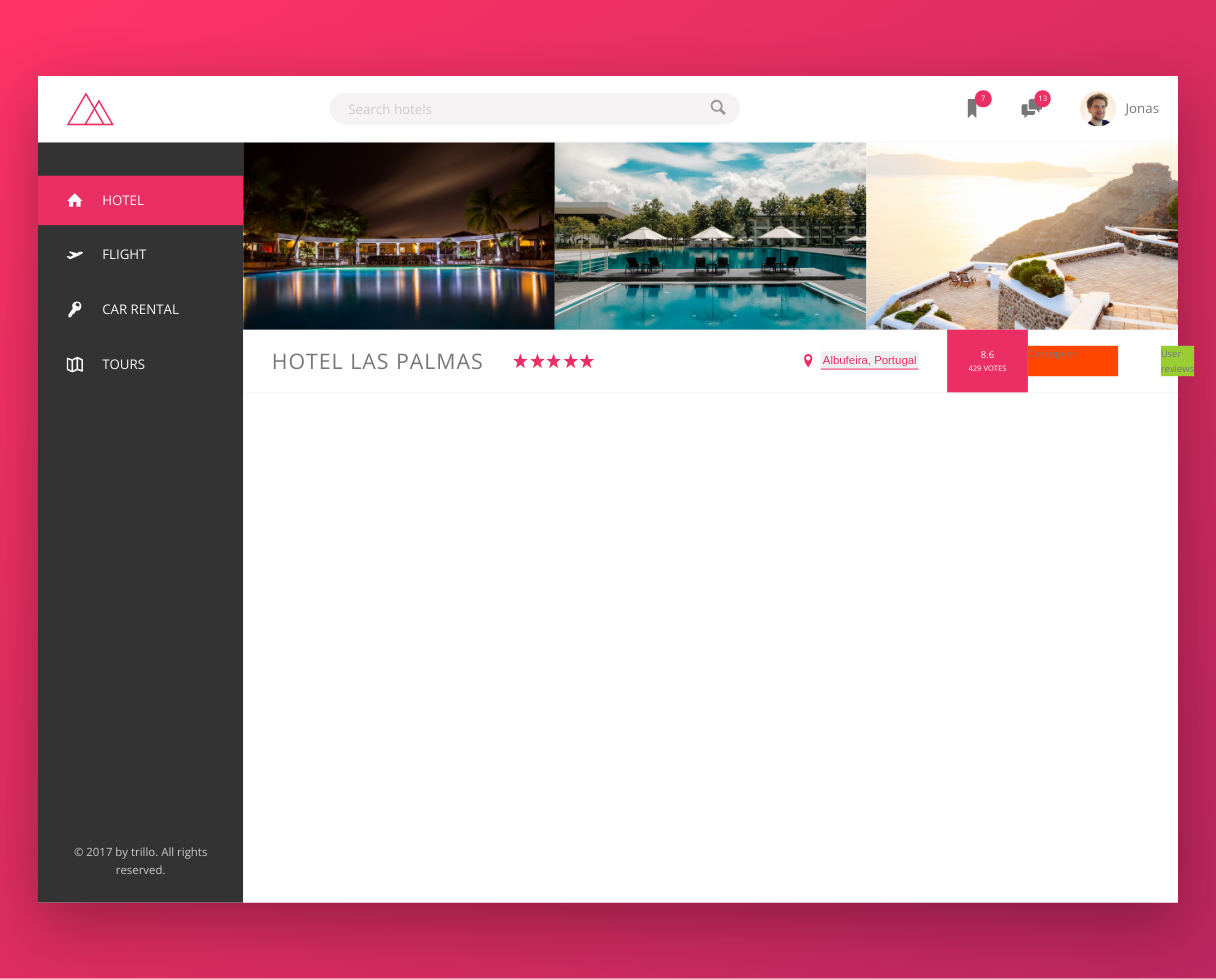
Repository: MalgorzataMazur/Trillo
Page: index.html
The author's editor kept a copy of each file at every save. The page is drawn from the files as they stood at one save, then again after the next save.
The browser window is 1280 px wide. The pictures show the whole page, at 95% of full size.
The style sheet was rebuilt from its Sass, Less or Tailwind sources for each picture, by a compiler version that may differ from the author's.

Above is the page before, as saved 2020-03-27 18:14:27.

### index.html
<!DOCTYPE html>
<html lang="en">
    <head>
        <meta charset="UTF-8">
        <meta name="viewport" content="width=device-width, initial-scale=1.0">

        <link href="https://fonts.googleapis.com/css?family=Open+Sans:300,400,600" rel="stylesheet">
        <link rel="stylesheet" href="css/style.css">
        <link rel="shortcut icon" type="image/png" href="img/favicon.png">

        <title>trillo &mdash; Your all-in-one booking app</title>
    </head>
    <body>
        <div class="container">
            <header class="header">
                <img src="img/logo.png" alt="trillo logo" class="logo">

                <form action="#" class="search">
                    <input type="text" class="search__input" placeholder="Search hotels">
                    <button class="search__button">
                        <svg class="search__icon">
                            <use xlink:href="img/sprite.svg#icon-magnifying-glass"></use> <!--include svg -->
                        </svg>
                    </button>
                </form>

                <nav class="user-nav">
                    <div class="user-nav__icon-box">
                        <svg class="user-nav__icon">
                            <use xlink:href="img/sprite.svg#icon-bookmark"></use>
                        </svg>
                        <span class="user-nav__notification">7</span>
                    </div>
                    <div class="user-nav__icon-box">
                        <svg class="user-nav__icon">
                            <use xlink:href="img/sprite.svg#icon-chat"></use>
                        </svg>
                        <span class="user-nav__notification">13</span>
                    </div>
                    <div class="user-nav__user">
                        <img src="img/user.jpg" alt="User photo" class="user-nav__user-photo">
                        <span class="user-nav__user-name">Jonas</span>
                    </div>
                </nav>
            </header>
            <div class="content">
                <nav class="sidebar">
                    <ul class="side-nav">
                        <li class="side-nav__item side-nav__item--active">
                            <a href="#" class="side-nav__link">
                                <svg class="side-nav__icon">
                                    <use xlink:href="img/sprite.svg#icon-home"></use>
                                </svg>
                                <span>Hotel</span>
                            </a>
                        </li>
                        <li class="side-nav__item">
                            <a href="#" class="side-nav__link">
                                <svg class="side-nav__icon">
                                    <use xlink:href="img/sprite.svg#icon-aircraft-take-off"></use>
                                </svg>
                                <span>Flight</span>
                            </a>
                        </li>
                        <li class="side-nav__item">
                            <a href="#" class="side-nav__link">
                                <svg class="side-nav__icon">
                                    <use xlink:href="img/sprite.svg#icon-key"></use>
                                </svg>
                                <span>Car rental</span>
                            </a>
                        </li>
                        <li class="side-nav__item">
                            <a href="#" class="side-nav__link">
                                <svg class="side-nav__icon">
                                    <use xlink:href="img/sprite.svg#icon-map"></use>
                                </svg>
                                <span>Tours</span>
                            </a>
                        </li>
                    </ul>

                    <div class="legal">
                        &copy; 2017 by trillo. All rights reserved. <!-- html entity -->
                    </div>
                </nav>


                <main class="hotel-view">
                    <div class="gallery">
                        <figure class="gallery__item">
                            <img src="img/hotel-1.jpg" alt="Photo of hotel 1" class="gallery__photo">
                        </figure>
                        <figure class="gallery__item">
                            <img src="img/hotel-2.jpg" alt="Photo of hotel 2" class="gallery__photo">
                        </figure>
                        <figure class="gallery__item">
                            <img src="img/hotel-3.jpg" alt="Photo of hotel 3" class="gallery__photo">
                        </figure>
                    </div>

                    <div class="overview">
                        <h1 class="overview__heading">
                            Hotel Las Palmas
                        </h1>

                        <div class="overview__stars">
                            <svg class="overview__icon-star">
                                <use xlink:href="img/sprite.svg#icon-star"></use>
                            </svg>
                            <svg class="overview__icon-star">
                                <use xlink:href="img/sprite.svg#icon-star"></use>
                            </svg>
                            <svg class="overview__icon-star">
                                <use xlink:href="img/sprite.svg#icon-star"></use>
                            </svg>
                            <svg class="overview__icon-star">
                                <use xlink:href="img/sprite.svg#icon-star"></use>
                            </svg>
                            <svg class="overview__icon-star">
                                <use xlink:href="img/sprite.svg#icon-star"></use>
                            </svg>
                        </div>

                        <div class="overview__location">
                            <svg class="overview__icon-location">
                                <use xlink:href="img/sprite.svg#icon-location-pin"></use>
                            </svg>
                            <button class="btn-inline">Albufeira, Portugal</button>
                        </div>

                        <div class="overview__rating">
                            <div class="overiew__rating-average">8.6</div>
                            <div class="overview__rating-count">429 votes</div>
                        </div>

                    <div class="detail">
                        <div class="description">
                             Description
                        </div>

                        <div class="user-reviews">
                            User reviews
                        </div>
                    </div>

                </main>
            </div>

        </div>
    </body>
</html>

### sass/_base.scss
//variable will be avuialable for entire documents here, global parent of elelemnt
:root { //root pseudoclass the same like ktml but higher specifity //css custom proiperties variables I use here define in declaration bloxk remember
    --color-primary: #eb2f64;
    --color-primary-light: #FF3366;
    --color-primary-dark: #BA265D;

    --color-grey-light-1: #faf9f9;
    --color-grey-light-2: #f4f2f2;
    --color-grey-light-3: #f0eeee;
    --color-grey-light-4: #ccc;

    --color-grey-dark-1: #333;
    --color-grey-dark-2: #777;
    --color-grey-dark-3: #999;

    --shadow-dark: 0 2rem 6rem rgba(0,0,0,.3);

}

* { //first global settings *,htm, body
    margin: 0;
    padding: 0;
}

*,
*::before,
*::after {
    box-sizing: inherit;
}

html {
    box-sizing: border-box;
    font-size: 62.5%; //1rem = 10px, 10px/16px = 62.5%
}

body {
    font-family: 'Open Sans', sans-serif;
    font-weight: 400;
    line-height: 1.6;
    color: var(--color-grey-dark-2);
    background-image: linear-gradient(to right bottom, var(--color-primary-light), var(--color-primary-dark)); //gradient from the left top cornet to right bottom corner
    background-size: cover;
    background-repeat: no-repeat; //default is repeat in css

    min-height: 100vh; //min height but if height can be bigger than that will be simply bigger
}

### sass/_layout.scss
.container {
    max-width: 120rem; //container can decrease if hasn't got enough enough space to display our 120rem,;inaczej 1200px i jesli mniej to zajmie 100% szerokosci portu
    margin: 8rem auto;
    background-color: var(--color-grey-light-1);
    box-shadow: var(--shadow-dark);

    min-height: 50rem;
}

.header {
    font-size: 1.4rem;
    height: 7rem;
    background-color: #fff;
    border-bottom: 1px solid var(--color-grey-light-2);

    display: flex; //cause it is parent element
    justify-content: space-between; // divide empty space between 3 elements
    align-items: center; //wzdłuż osi poprzecznej center
}

.content {
    display: flex;
}

.sidebar {
    background-color: var(--color-grey-dark-1);

    flex: 0 0 18%; //don't want to grow & shrink & we want 18% of width; automatic wil be

    display: flex;
    flex-direction: column; //change the direction of the main axis from left to right to top to bottom
    justify-content: space-between;
}

.hotel-view {
    background-color: #fff;
    ////test
    height: 80rem;

    flex: 1; //by using flex 1 element should grow as much as that can; na tyle ile ma przestrzeni
}

.detail {
    display: flex;
}

.description {
    background-color: orangered;
    flex: 0 0 60%;
    margin-right: 4.5rem;
}

.user-reviews {
    background-color: yellowgreen;
    flex: 1;
}

### sass/_components.scss
/////////////////////////////////
////LOGO
.logo {
    height: 3.5rem;
    margin-left: 3rem;
}



/////////////////////////////////
////SEARCH
.search {
    flex: 0 0 40%; //grow shrink occupy

    display: flex;//flex item is becoming flex container,; we center loop icon btn
    align-items: center; //center elem along the cross axis
    justify-content: center; //center elem along the main axis

    &__input {
        font-family: inherit;
        font-size: inherit;
        color: inherit;
        background-color: var(--color-grey-light-2);
        border: none;
        border-radius: 100px;
        padding: .7rem 2rem;
        width: 90%;
        transition: all .2s;
        margin-right: -3.25rem; //this way the btn move on top of input

        &:focus {
            outline: none;
            width: 100%;
            background-color: var(--color-grey-light-3);
        }

        &::-webkit-input-placeholder {
            font-weight: 100;
            color: var(--color-grey-light-4);
        }
    }

    &__input:focus + &__button { //sibling, adjust element; the same backgr color
        background-color: var(--color-grey-light-3);
    }

    &__button {
        border: none;
        background-color: var(--color-grey-light-2);

        &:focus {
            outline: none;
        }

        &:active {
            transform: translate(2px);
        }
    }

    &__icon {
        height: 2rem;
        width: 2rem;
        fill: var(--color-grey-dark-3);
}
}



/////////////////////////////////
////USER NAVIGATION
.user-nav {
    align-self: stretch; //żeby one sie rozciagaly, is like align items but for one individual item; ovverite in header align item center

    display: flex; //flex item on the sam etime is flex container
    align-items: center;

    & > * {
        padding: 0 2rem;
        cursor: pointer;
        display: flex;
        height: 100%;
        align-items: center; //when we hoover thy arent on the top; vertical align
   }

    & > *:hover {
        background-color: var(--color-grey-light-2);
    }

    &__icon-box {
        position: relative;
    }

    &__icon {
        height: 2.25rem;
        width: 2.25rem;
        fill: var(--color-grey-dark-2);
    }

    &__notification {
        font-size: .8rem;
        height: 1.75rem;
        width: 1.75rem;
        border-radius: 50%;
        background-color: var(--color-primary);
        color: #fff;
        position: absolute; //parent elememnt is iconbox relative
        top: 1.5rem;
        right: 1.1rem;

        display: flex;
        justify-content: center;
        align-items: center;
    }

    &__user-photo {
        height: 3.75rem;
        border-radius: 50%;
        margin-right: 1rem;
    }
}



/////////////////////////////////
////SIDE NAVIGATION
.side-nav {
    font-size: 1.4rem;
    list-style: none;
    margin-top: 3.5rem;

    &__item {
        position: relative;

        &:not(:last-child) { //all the items except the last one
            margin-bottom: .5rem;
        }
    }

    &__item::before { //line becpmes invisible which then expands to the right side
        content: "";
        position: absolute;
        top: 0;
        left: 0;
        height: 100%;
        width: 3px;
        background-color: var(--color-primary);
        transform: scaleY(0); //normal state without any hover
        transition: transform .2s, //first transform ghappens during .2s & we wait this time .2s until we start transitioning the width .4s
                    width .4s cubic-bezier(1,0,0,1) .2s,
                    background-color .1s; //we can set diffrent settings for diffrent properties. we can have the staged animations where first the transform happens then the width
    }

    &__item:hover::before,
    &__item--active::before {
        transform: scaleY(1); //only occurs Y direction from top to bottom
        width: 100%;
    }

    &__item:active::before {
        background-color: var(--color-primary-light);
    }

    &__link:link,
    &__link:visited {
        color: var(--color-grey-light-1);
        text-decoration: none;
        text-transform: uppercase;
        display: block;
        padding: 1.5rem 3rem;
        position: relative; //on top of the before elem after hover

        display: flex;
        align-items: center; //ikony równo z napisem z listy
    }

    &__icon {
        width: 1.75rem;
        height: 1.75rem;
        margin-right: 2rem;
        fill: currentColor; //means color ofthe current elelemnt or the parent element
    }
}



/////////////////////////////////
////LEGAL TEXT
.legal {
    font-size: 1.2rem;
    color: var(--color-grey-light-4);
    text-align: center;
    padding: 2.5rem;
}



/////////////////////////////////
////SIDE NAVIGATION
.gallery {
    display: flex;

    &__photo {
        width: 100%;
        display: block;
    }
}



/////////////////////////////////
////SIDE NAVIGATION
.overview {
    display: flex; // justify-content: space-between; //evenly distribute all the elements along the main axis
    align-items: center;
    border-bottom: 1px solid var(--color-grey-light-2);

    &__heading {
        font-size: 2.25rem;
        font-weight: 300;
        text-transform: uppercase;
        letter-spacing: 1px;
        padding: 1.5rem 3rem;
    }

    &__stars {
        // flex: 1;
        margin-right: auto; //we created the space without actually stretching out this entire element; element only occypying the space that it needs here
        display: flex;    }

    &__icon-star,
    &__icon-location {
        width: 1.75rem;
        height: 1.75rem;
        fill: var(--color-primary);
    }

    &__location {
        font-size: 1.2rem;
        display: flex;
        align-items: center;
    }

    &__icon-location {
        margin-right: .5rem;
    }

    &__rating {
        background-color: var(--color-primary);
        color: #fff;
        margin-left: 3rem;
        padding: 0 2.25rem;
        align-self: stretch; //occupy all the space that it has available

        display: flex;
        flex-direction: column;
        align-items: center;
        justify-content: center;
    }

    &__rating-average {
        font-size: 2.25rem;
        font-weight: 300;
        margin-bottom: -3px;
    }

    &__rating-count {
        font-size: .8rem;
        text-transform: uppercase;
    }
}



/////////////////////////////////
////BUTTON-LINE
.btn-inline {
    border: none;
    color: var(--color-primary);
    font-size: inherit;
    border-bottom: 1px solid currentColor;
    padding: 2px;
    display: inline-block;
    background-clip: transparent;
    cursor: pointer;
    transition: all .2s;

    &:hover {
        color: var(--color-grey-dark-1); //when hover the border becomes the exact same color as the tex
    }

    &:focus {
        outline: none;
        animation: pulsate 1s infinite;
    }
}

@keyframes pulsate {
    0% { //normal state
        transform: scale(1);
        box-shadow: none;
    }

    50% { //scale a little bit
        transform: scale(1.05);
        box-shadow: 0 1rem 4rem rgba(0,0,0,.25);
    }

    100% { //back to the normal
        transform: scale(1);
        box-shadow: none;
    }
}

Loaded but not shown: sass/main.scss (common file)

After the next save:
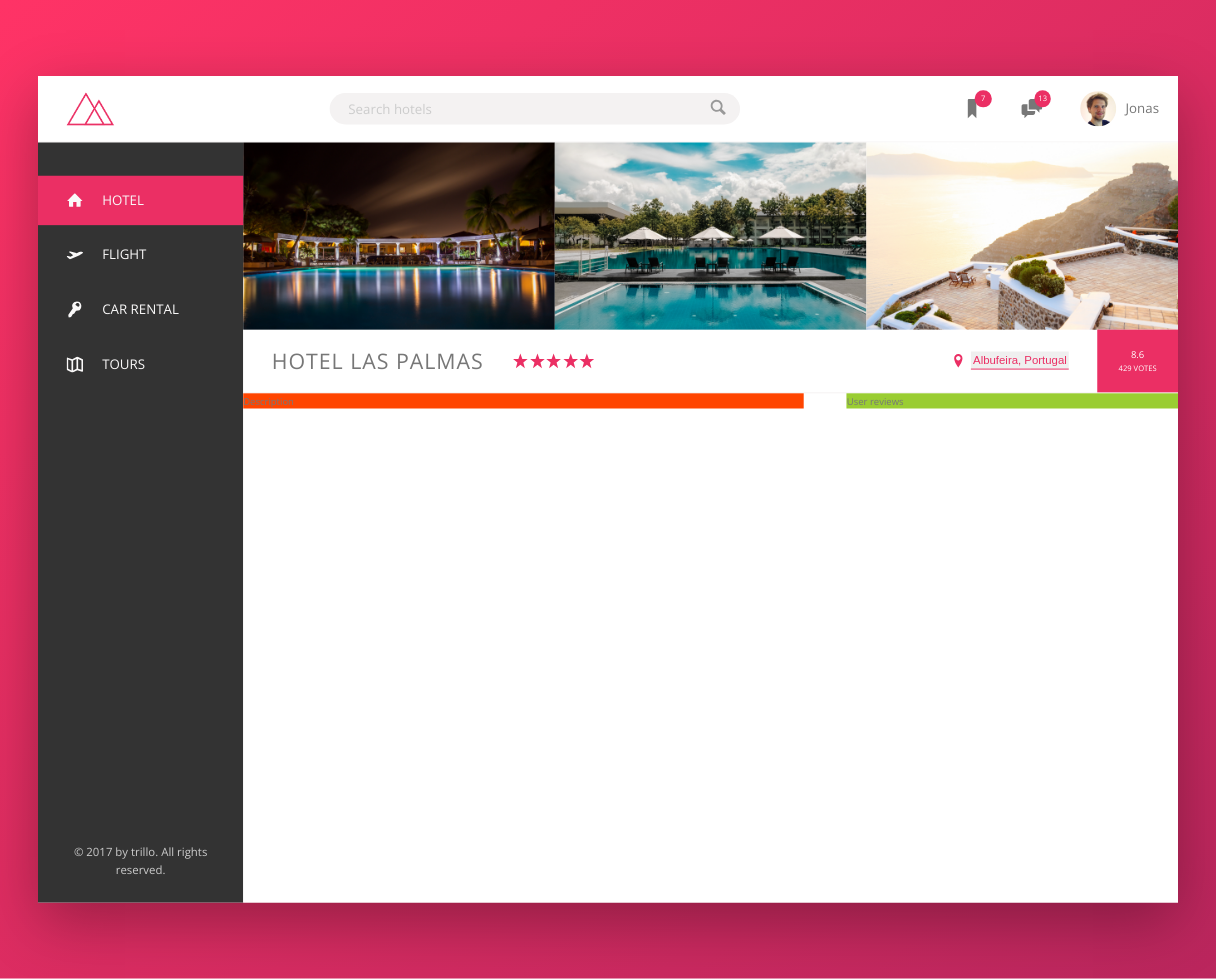
Saved 5 min 4 s later.
--- a/index.html
+++ b/index.html
@@ -133,6 +133,7 @@
                             <div class="overiew__rating-average">8.6</div>
                             <div class="overview__rating-count">429 votes</div>
                         </div>
+                    </div>
 
                     <div class="detail">
                         <div class="description">
